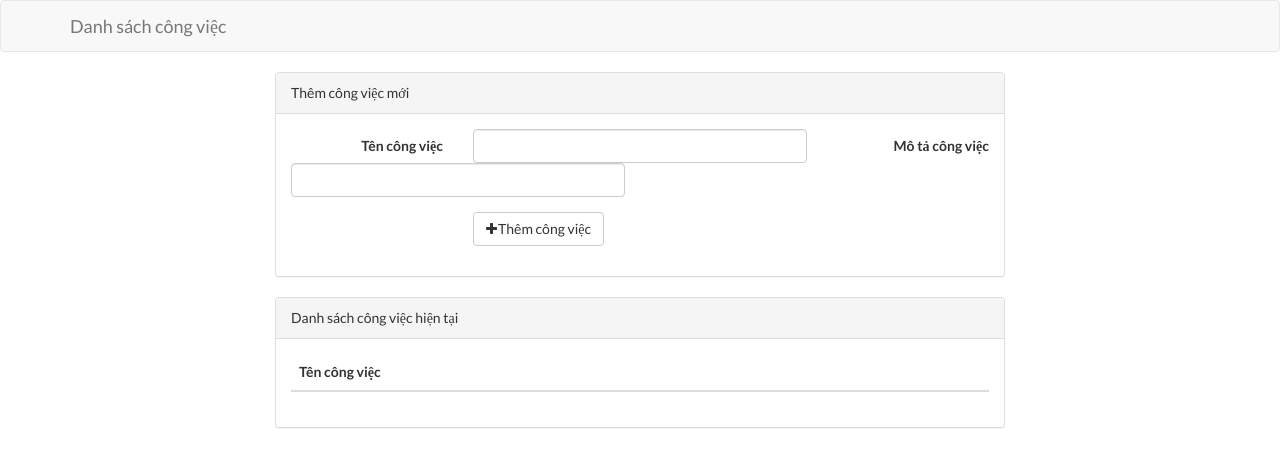
Repository: pvdrh/Laravel_Todo
Page: http://localhost/frontend/task
An editor plug-in stored every save of this project. The page is shown before and after the next save, followed by the edit.
The browser window is 1280 px wide. The pictures show the whole page.
Some web libraries are served in a nearby version. The page is served by the project's Laravel application, run on PHP 8.4 with Laravel 8. Other server files are loaded and not shown. Queries for data that is not in the repository find no rows.

Above is the page before, as saved 2020-10-17 23:48:12.

### routes/web.php
<?php

use App\Http\Controllers\Frontend\TaskController;
use Illuminate\Support\Facades\Route;

/*
|--------------------------------------------------------------------------
| Web Routes
|--------------------------------------------------------------------------
|
| Here is where you can register web routes for your application. These
| routes are loaded by the RouteServiceProvider within a group which
| contains the "web" middleware group. Now create something great!
|
*/

Route::get('/', function () {
    return view('welcome');
});

 Route::get('/',
    [\App\Http\Controllers\HomeController::class, 'index']
);
// Route::prefix('task')
// ->group(function(){
//     Route::get('/create', [
//         \App\Http\Controllers\Task\TaskController::class, 'create'])
//         ->name('tasks.create');

//     Route::get('/edit', [
//         \App\Http\Controllers\Task\TaskController::class, 'create'])
//         ->name('tasks.edit');

//     Route::get('/list', [
//         \App\Http\Controllers\Task\TaskController::class, 'create'])
//         ->name('tasks.list');
// });

// Route::resource('frontend/task', \Frontend\TaskController::class);
// Route::get('frontend/task', 'TaskController@index');

Route::prefix('frontend/task')
->group(function(){
    Route::get('/',[TaskController::class, 'index'])->name('task.index');
    Route::get('/{id}',[TaskController::class, 'show'])->name('task.show');
    Route::get('/{id}/edit',[TaskController::class, 'edit'])->name('task.edit');
    Route::delete('/destroy/{id}',[TaskController::class, 'destroy'])->name('task.delete');
    Route::put('/update/{id}',[TaskController::class, 'update'])->name('task.update');
    Route::post('/store',[TaskController::class, 'store'])->name('task.store');
    Route::get('/create',[TaskController::class, 'create'])->name('task.create');
    Route::get('/complete/{id}',[TaskController::class, 'complete'])->name('task.complete');
    Route::get('/reComplete/{id}',[TaskController::class, 'reComplete'])->name('task.reComplete');

});

### app/Http/Controllers/Frontend/TaskController.php
<?php

namespace App\Http\Controllers\Frontend;

use App\Http\Controllers\Controller;
use Illuminate\Http\Request;
use App\Models\Task;

class TaskController extends Controller
{
    /**
     * Display a listing of the resource.
     *
     * @return \Illuminate\Http\Response
     */
    public function index()
    {
        $tasks = Task::all();
        // ->orderBy('name', 'desc')
        // ->take(5)
        // ->get();

        return view('tasks.list', [
            'tasks'=>$tasks
        ]);
    }

    /**
     * Show the form for creating a new resource.
     *
     * @return \Illuminate\Http\Response
     */
    public function create()
    {

        return view('tasks.create');
    }

    /**
     * Store a newly created resource in storage.
     *
     * @param  \Illuminate\Http\Request  $request
     * @return \Illuminate\Http\Response
     */
    public function store(Request $request)
    {

        $task = new Task();
        $task->name = $request->name;
        $task->status = 0;
        $task->save();

        return redirect()->route('task.index');

        // $name = $request->only('name');
        // $deadline = $request->only('deadline');

        // dd($name,$deadline);
    }

    /**
     * Display the specified resource.
     *
     * @param  int  $id
     * @return \Illuminate\Http\Response
     */
    public function show($id)
    {
        $task = Task::find($id);
        dd($task);
    }

    /**
     * Show the form for editing the specified resource.
     *
     * @param  int  $id
     * @return \Illuminate\Http\Response
     */
    public function edit($id)
    {
        $name = 'Duy';
        return view('tasks.edit');
    }

    /**
     * Update the specified resource in storage.
     *
     * @param  \Illuminate\Http\Request  $request
     * @param  int  $id
     * @return \Illuminate\Http\Response
     */
    public function update(Request $request, $id)
    {
        //
    }

    /**
     * Remove the specified resource from storage.
     *
     * @param  int  $id
     * @return \Illuminate\Http\Response
     */
    public function destroy($id)
    {
        $task = Task::find($id);
        $task->delete();
        return redirect()->route('task.index');
    }

    public function complete($id)
    {
        dd($id);
    }

    public function reComplete($id)
    {
        dd($id);
    }

}

### app/Models/Task.php
<?php

namespace App\Models;

use Illuminate\Database\Eloquent\Factories\HasFactory;
use Illuminate\Database\Eloquent\Model;

class Task extends Model
{
    use HasFactory;
    protected $table = 'tasks';
}

### resources/views/tasks/list.blade.php
<!DOCTYPE html>
<html lang="en">
<head>
    <meta charset="utf-8">
    <meta http-equiv="X-UA-Compatible" content="IE=edge">
    <meta name="viewport" content="width=device-width, initial-scale=1">

    <title>Laravel Todo - Basic</title>

    <!-- Fonts -->
    <link href="https://cdnjs.cloudflare.com/ajax/libs/font-awesome/4.4.0/css/font-awesome.min.css" rel='stylesheet' type='text/css'>
    <link href="https://fonts.googleapis.com/css?family=Lato:100,300,400,700" rel='stylesheet' type='text/css'>

    <!-- Styles -->
    <link href="https://maxcdn.bootstrapcdn.com/bootstrap/3.3.6/css/bootstrap.min.css" rel="stylesheet">
    {{-- <link href="{{ elixir('css/app.css') }}" rel="stylesheet"> --}}

    <style>
        body {
            font-family: 'Lato';
        }
        .fa-btn {
            margin-right: 1px;
        }
        .task-table tbody tr td:nth-child(2){
            width: 120px;
        }
        .task-table tbody tr td:nth-child(3){
            width: 100px;
        }
    </style>
</head>
<body id="app-layout">
<nav class="navbar navbar-default">
    <div class="container">
        <div class="navbar-header">

            <!-- Branding Image -->
            <a class="navbar-brand" href="{{ url('/') }}">
                Danh sách công việc
            </a>
        </div>





     </div>
</nav>




<div class="container">
    <div class="col-sm-offset-2 col-sm-8">
        <div class="panel panel-default">
            <div class="panel-heading">
                Thêm công việc mới
            </div>

            <div class="panel-body">
                <!-- Display Validation Errors -->

                <!-- New Task Form -->
                 <form action="{{ route('task.store')}}" method="POST" class="form-horizontal">
                {{ csrf_field() }}

                <!-- Task Name -->
                    <div class="form-group">
                        <label for="task-name" class="col-sm-3 control-label">Tên công việc</label>
                        <div class="col-sm-6">
                            <input type="text" name="name" id="task-name" class="form-control" value="{{ old('task') }}">
                        </div>

                        <label for="task-name" class="col-sm-3 control-label">Mô tả công việc</label>
                        <div class="col-sm-6">
                            <input type="text" name="name" id="task-name" class="form-control" value="{{ old('task') }}">
                        </div>
                    </div>

                    <!-- Add Task Button -->
                    <div class="form-group">
                        <div class="col-sm-offset-3 col-sm-6">
                            <button type="submit" class="btn btn-default">
                                <i class="fa fa-btn fa-plus"></i>Thêm công việc
                            </button>
                        </div>
                    </div>
                </form>
            </div>
        </div>

        <!-- Current Tasks -->
        <div class="panel panel-default">
            <div class="panel-heading">
                Danh sách công việc hiện tại
            </div>

            <div class="panel-body">
                <table class="table table-striped task-table">
                    <thead>
                    <th>Tên công việc</th>
                    <th>&nbsp;</th>
                    </thead>
                    <tbody>
                        @foreach ($tasks as $task)
                        <tr>
                            <td class="table-text"><div>{{$task->name}}</div></td>
                            <!-- Task Complete Button -->
                            <td>
                                <a href="{{ route('task.complete',$task['id']) }}" type="submit" class="btn btn-success">
                                    <i class="fa fa-btn fa-check"></i>Hoàn thành
                                </a>
                            </td>
                            <!-- Task Recomplete Button -->
                            <td>
                                <a href="{{ route('task.reComplete',$task['id']) }}" type="submit" class="btn btn-success">
                                    <i class="fa fa-btn fa-check"></i>Làm Lại
                                </a>
                            </td>
                            <!-- Task Delete Button -->
                             <td>
                                <form action="{{ route('task.delete',$task['id']) }}" method="POST">
                                    {{ csrf_field() }}
                                    {{ method_field('DELETE') }}

                                    <button type="submit" class="btn btn-danger">
                                        <i class="fa fa-btn fa-trash"></i>Xoá
                                    </button>
                                </form>
                            </td>
                        </tr>
                        @endforeach



                    </tbody>
                </table>
            </div>
        </div>
    </div>
</div>

<!-- JavaScripts -->
<script src="https://cdnjs.cloudflare.com/ajax/libs/jquery/2.1.4/jquery.min.js"></script>
<script src="https://maxcdn.bootstrapcdn.com/bootstrap/3.3.6/js/bootstrap.min.js"></script>
{{-- <script src="{{ elixir('js/app.js') }}"></script> --}}
</body>
</html>

Loaded but not shown: app/Providers/AppServiceProvider.php (common file); app/Http/Controllers/Controller.php (common file)

After the next save:
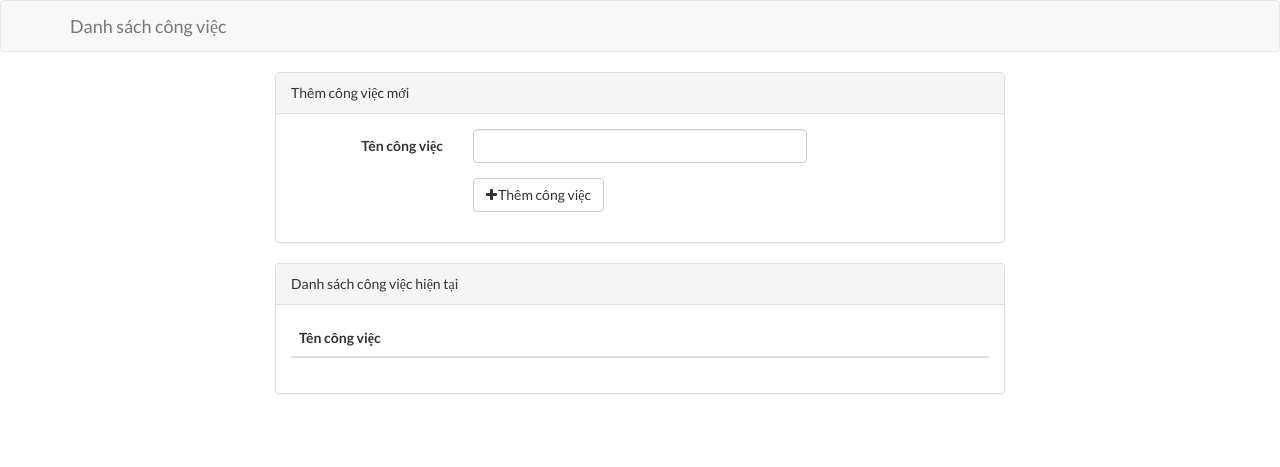
Saved 19 s later.
--- a/resources/views/tasks/list.blade.php
+++ b/resources/views/tasks/list.blade.php
@@ -68,11 +68,6 @@
                 <!-- Task Name -->
                     <div class="form-group">
                         <label for="task-name" class="col-sm-3 control-label">Tên công việc</label>
-                        <div class="col-sm-6">
-                            <input type="text" name="name" id="task-name" class="form-control" value="{{ old('task') }}">
-                        </div>
-
-                        <label for="task-name" class="col-sm-3 control-label">Mô tả công việc</label>
                         <div class="col-sm-6">
                             <input type="text" name="name" id="task-name" class="form-control" value="{{ old('task') }}">
                         </div>
